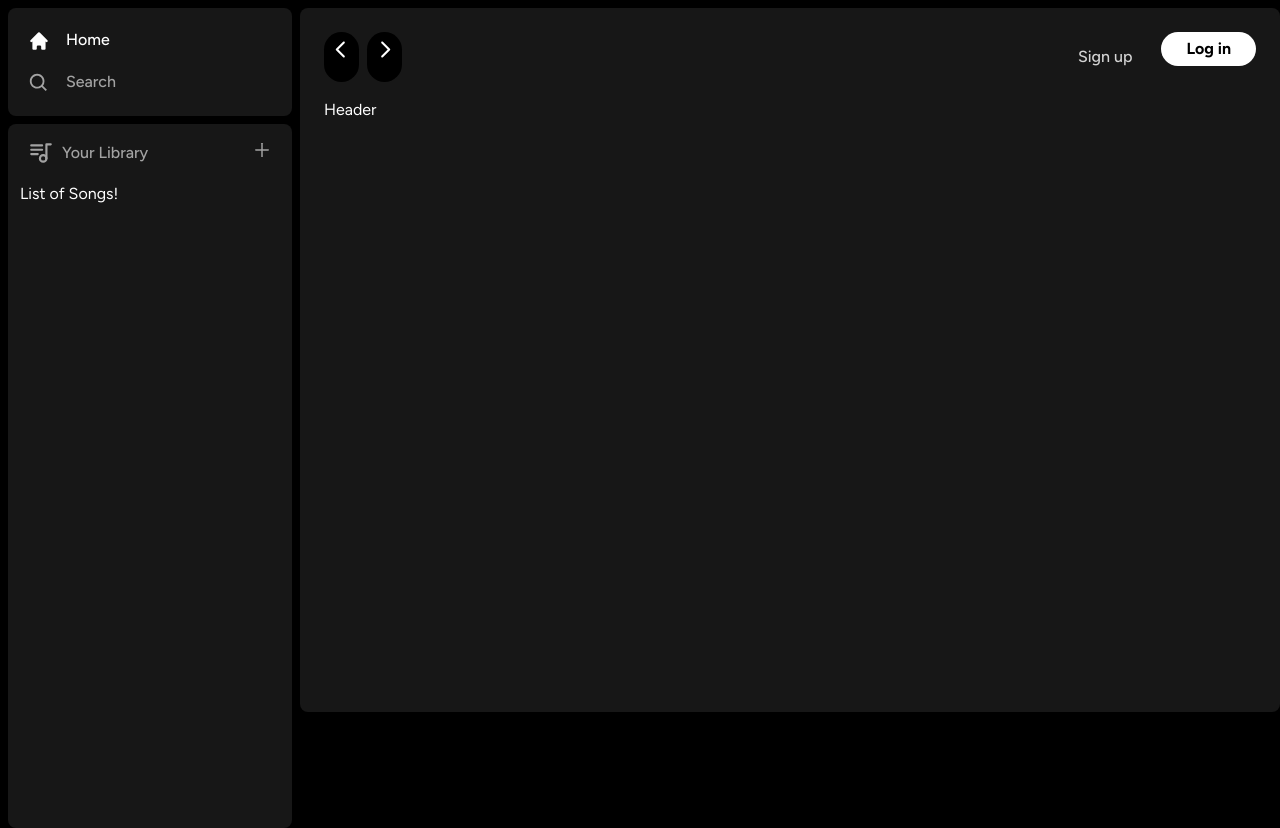
Repository: syni18/Rythum
Page: /
The author's editor kept a copy of each file at every save. The page is drawn from the files as they stood at one save, then again after a run of saves.
The browser window is 1280 px wide. The pictures show the whole page.
The project was rebuilt for these pictures with package versions that can differ from the ones it lists, and the page was loaded fresh each time. The framework's server and built-in components were replaced by stand-ins that run in the browser. Also part of the build but not shown: next.config.js.

Above is the page before, as saved 2023-11-13 21:09:46.

After the next 2 saves:
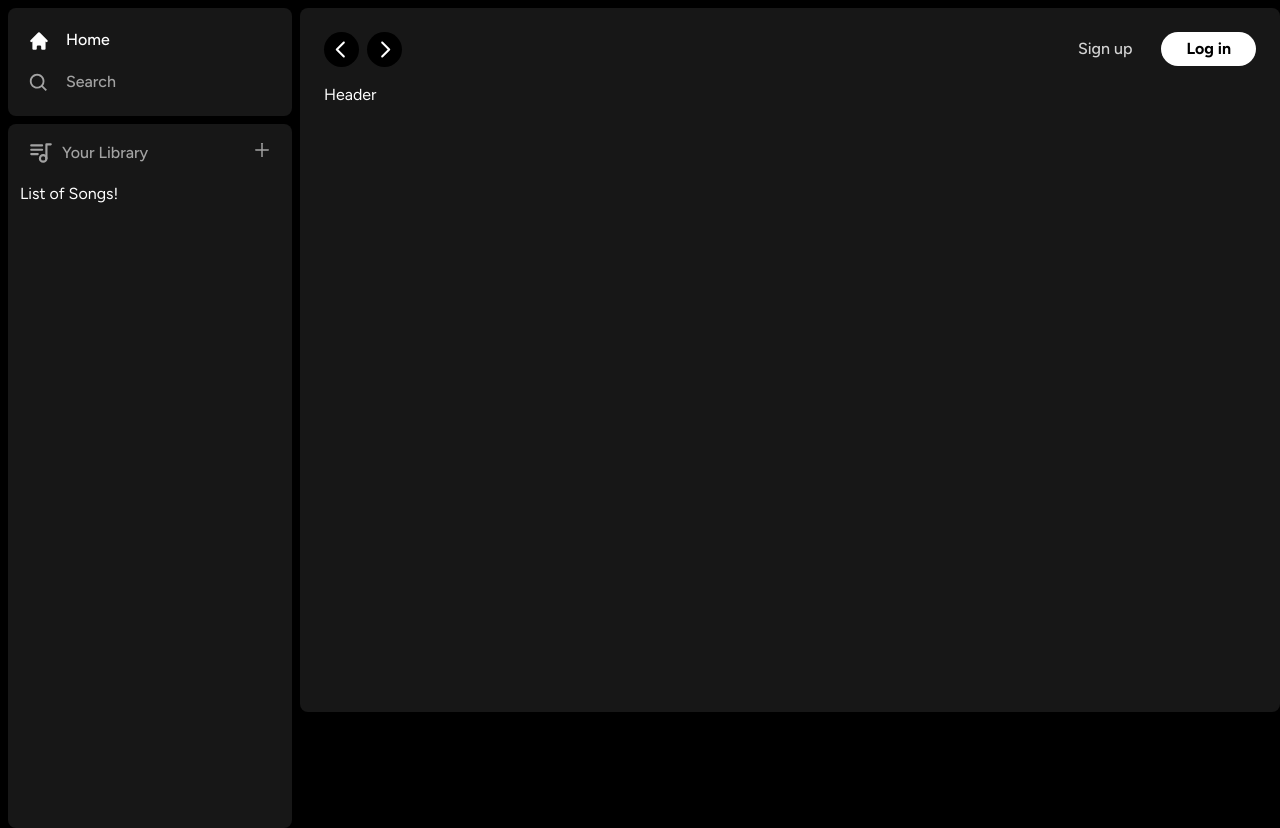
The 2 saves are shown as one change because they came seconds apart.
The last was saved 21 s later.
--- a/components/Header.tsx
+++ b/components/Header.tsx
@@ -114,6 +114,7 @@
                         bg-transparent
                         text-neutral-300
                         font-medium
+                        py-1
                     "
               >
                 Sign up
